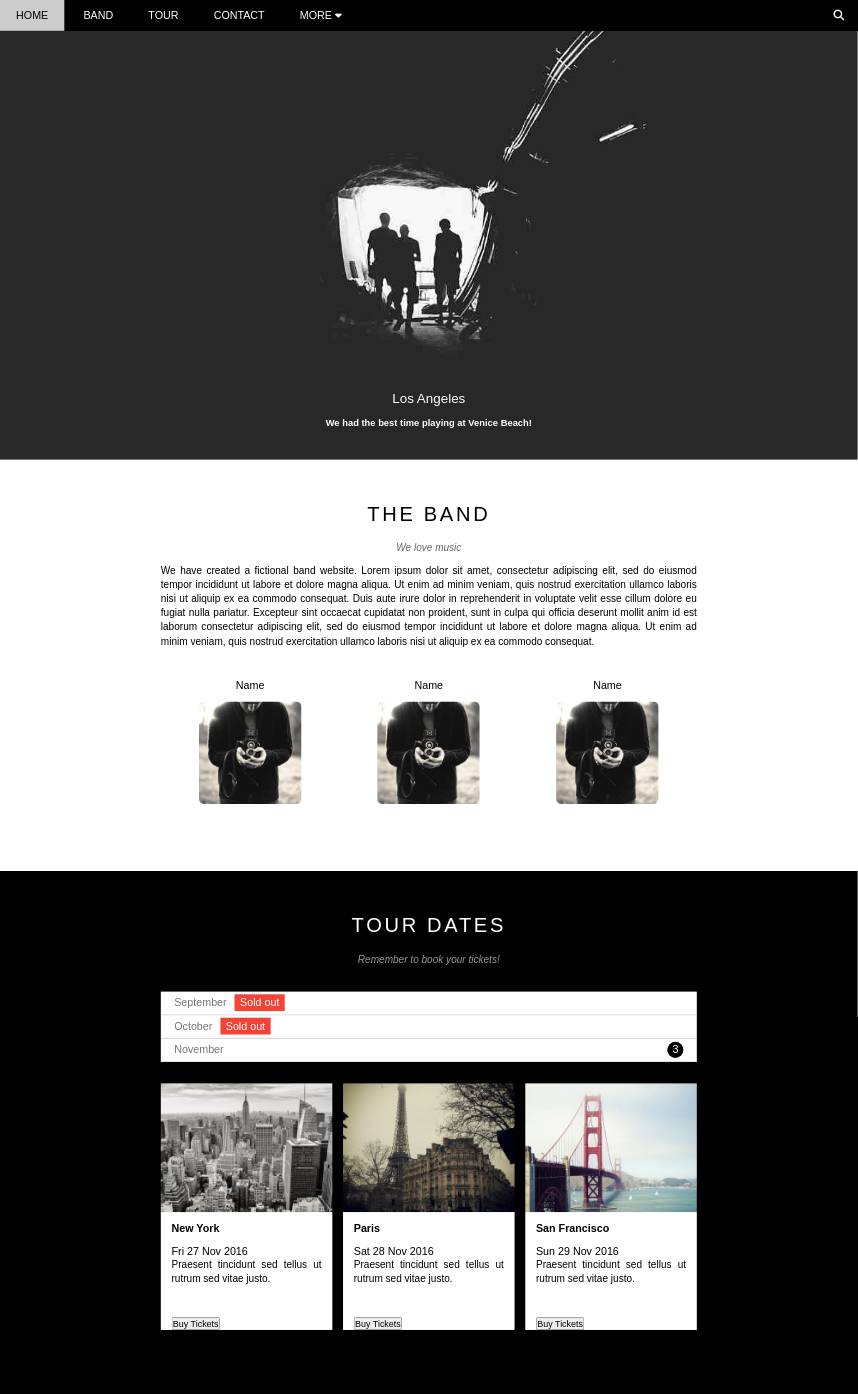
Repository: TranPhucThinh/clone-the-band
Page: index.html
An editor plug-in stored every save of this project. The page is shown before and after the next save, followed by the edit.
The browser window is 1280 px wide. The pictures show the whole page, at 67% of full size.
Some web libraries are served in a nearby version.

Above is the page before, as saved 2022-08-04 13:47:02.

After the next save:
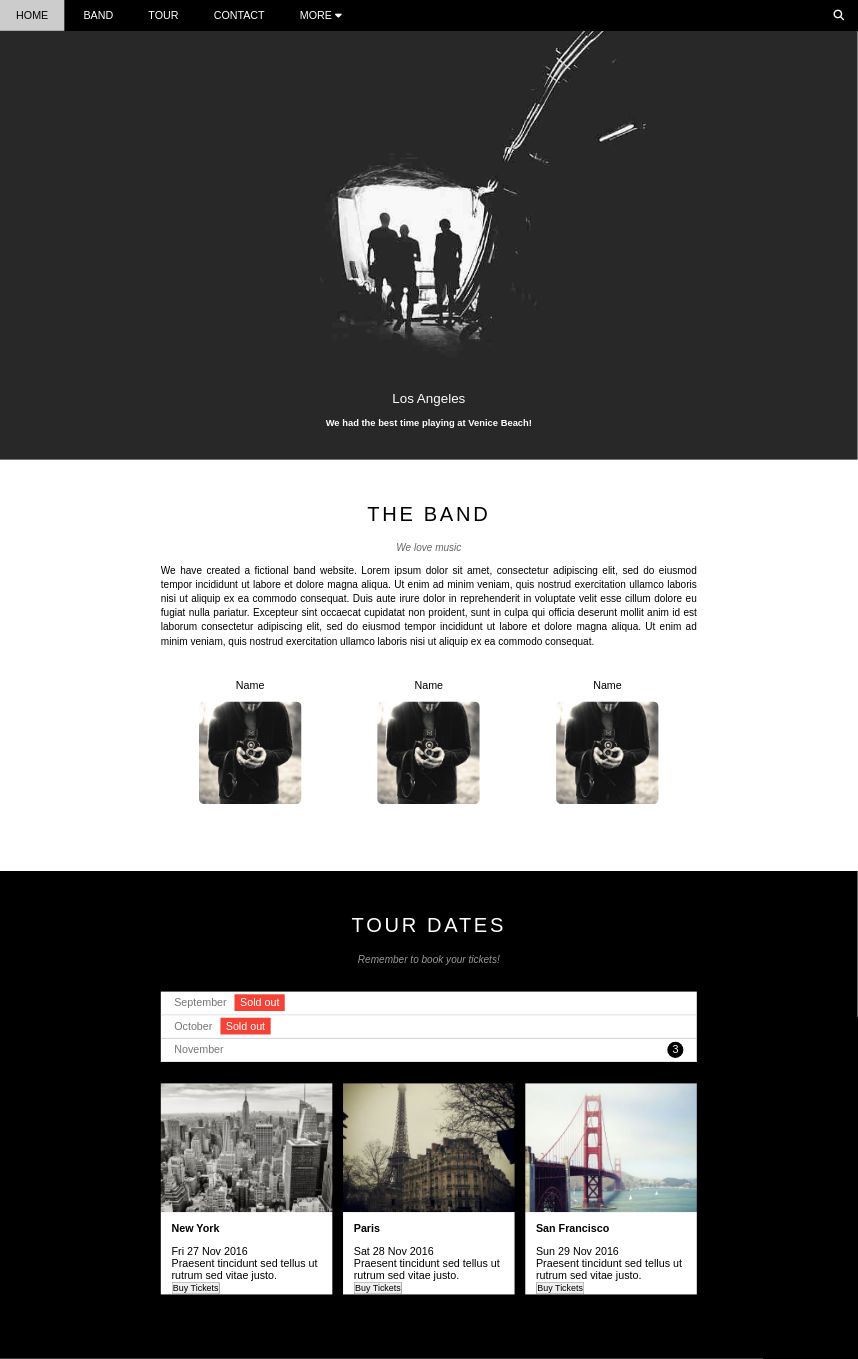
Saved 88 s later.
--- a/index.html
+++ b/index.html
@@ -106,7 +106,7 @@
                             <div class="place-content">
                                 <p class="place">New York</p>
                                 <p class="time">Fri 27 Nov 2016</p>
-                                <p class="desc">Praesent tincidunt sed tellus ut rutrum sed vitae justo.</p>
+                                <p class="place-desc">Praesent tincidunt sed tellus ut rutrum sed vitae justo.</p>
                                 <button class="buy-ticket-btn">Buy Tickets</button>
                             </div>
                         </div>
@@ -116,7 +116,7 @@
 
                                 <p class="place">Paris</p>
                                 <p class="time">Sat 28 Nov 2016</p>
-                                <p class="desc">Praesent tincidunt sed tellus ut rutrum sed vitae justo.</p>
+                                <p class="place-desc">Praesent tincidunt sed tellus ut rutrum sed vitae justo.</p>
                                 <button class="buy-ticket-btn">Buy Tickets</button>
                             </div>
                         </div>
@@ -125,7 +125,7 @@
                             <div class="place-content">
                                 <p class="place">San Francisco</p>
                                 <p class="time">Sun 29 Nov 2016</p>
-                                <p class="desc">Praesent tincidunt sed tellus ut rutrum sed vitae justo.</p>
+                                <p class="place-desc">Praesent tincidunt sed tellus ut rutrum sed vitae justo.</p>
                                 <button class="buy-ticket-btn">Buy Tickets</button>
                             </div>
                         </div>
